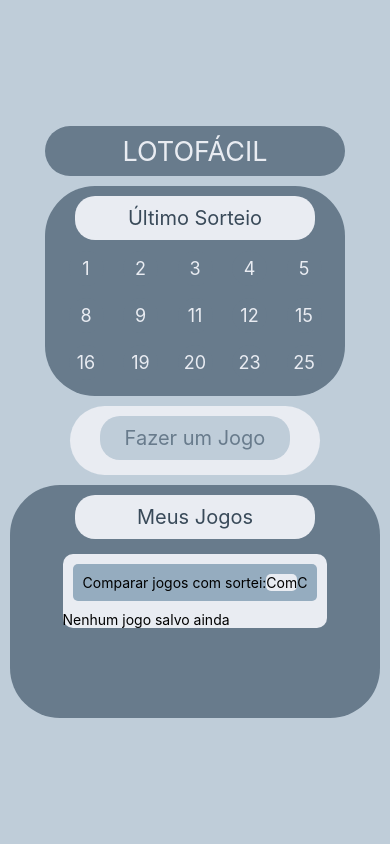
Repository: Deyvid-Kasteh/LotofacilApp
Screen: /
An editor plug-in stored every save of this project. The screen is shown before and after the next save, followed by the edit.
The app was drawn by React Native's web renderer in a window 390 px wide. The project was rebuilt for these pictures with package versions that can differ from the ones it lists, and the page was loaded fresh each time. Also part of the build but not shown: Bolhas.js, components/Resultado.js, paginaTESTE.js, paginaTESTE2.js, SeuComponentePai.js, components/Jogo.js, components/ResultadoTexte2.js.

Above is the screen before, as saved 2023-12-03 01:40:42.

### App.js
import { StatusBar } from 'expo-status-bar';
import { Text, View } from 'react-native';
import MainPage from './pages/MainPage';

export default function App() {
  return (
    <MainPage/>
  );
}

### pages/MainPage.js
import { View, Text } from 'react-native'
import React from 'react'
import { StatusBar } from "expo-status-bar";
import Resultado from '../components/Resultado';
import PaginaTesteee from '../paginaTESTE';
import Teste2pagina from '../paginaTESTE2';
import SeuComponentePai from '../SeuComponentePai';
import ResultadoTexte from '../components/ResultadoTexte';
import ResultadoTexte2 from '../components/ResultadoTexte2';
import MostrarJogosSalvos from '../components/MostrarJogosSalvos';
import ResultadoTexteParaFazerCorreções from '../paginaTESTE';
import PickerTeste from '../paginaTESTE';






const MainPage = () => {
  return (
    <View
      style={{
        flex: 1,
        alignItems: "center",
        justifyContent: "flex-start",
        backgroundColor: "#BFCDD9",
      }}
    >
      <StatusBar style="auto" />
      {/* <Text>Lotofácil</Text> */}
      {/* <Resultado /> */}
      {/* <PaginaTesteee /> */}
      {/* <Teste2pagina/> */}
      {/* <SeuComponentePai/> */}
      <ResultadoTexte />
      {/* <PickerTeste /> */}
      {/* <ResultadoTexte2/> */}
      {/* <MostrarJogosSalvos /> */}
    </View>
  );
}

export default MainPage

### components/ResultadoTexte.js
import { View, Text, TouchableOpacity } from "react-native";
import React, { useState } from "react";
import AsyncStorage from "@react-native-async-storage/async-storage";

import Bubble from "./Bubble";
import latestJson from "../Latest.json";
import Bolhas from "../Bolhas";
import Jogo from "./Jogo";
import MostrarJogosSalvos from "./MostrarJogosSalvos";

// Defina constantes para cores
const backgroundColor1 = "#687B8C";
const backgroundColor2 = "#394A59";
const backgroundColor3 = "#E9ECF2";

const bolhasContainerStyle = {
  flexWrap: "wrap",
  flexDirection: "row",
  alignContent: "center",
  justifyContent: "space-evenly",
};
const ResultadoTexte = () => {
  const [viewHeight, setViewHeight] = useState(50);
  const toggleHeight = () => {
    const newHeight = viewHeight === 50 ? 200 : 50;
    setViewHeight(newHeight);
    console.log("mudou");
  };

  const [alturaView1, setAlturaView1] = useState(200);
  const toggleAltura = () => {
    const novaAltura = alturaView1 === 200 ? 50 : 200;
    setAlturaView1(novaAltura);
  };

  const [alturaView3, setAlturaView3] = useState(200);
  const toggleAlturaView3 = () => {
    const novaAlturaView3 = alturaView3 === 200 ? 50 : 200;
    setAlturaView3(novaAlturaView3);
  };

  const dezenas = latestJson.Dezenas;

  const renderFazerJogo = () => {
    const [chosenNumbers, setChosenNumbers] = useState([]);
    const bolhasSelecionadas = chosenNumbers.length;
    const onSaveJogoPress = async () => {
      if (bolhasSelecionadas === 15) {
        try {
          // Recupera os jogos já salvos (se existirem)
          const jogosSalvosJSON = await AsyncStorage.getItem("meusJogos");
          const jogosSalvos = jogosSalvosJSON
            ? JSON.parse(jogosSalvosJSON)
            : [];

          // Cria um objeto representando o jogo atual
          const jogoAtual = {
            numerosSelecionados: chosenNumbers,
            data: new Date().toLocaleString(),
          };

          // Adiciona o jogo atual à lista de jogos
          jogosSalvos.push(jogoAtual);

          // Salva a lista atualizada de jogos no AsyncStorage
          await AsyncStorage.setItem("meusJogos", JSON.stringify(jogosSalvos));

          console.log("Jogo salvo!");
          // Limpa os números escolhidos após salvar o jogo
          setChosenNumbers([]);
        } catch (error) {
          console.error("Erro ao salvar o jogo:", error);
        }
      } else {
        console.log("Selecione exatamente 15 números para salvar o jogo.");
      }
    };
    const handleBolhaPress = (numero) => {
      if (chosenNumbers.includes(numero)) {
        setChosenNumbers(chosenNumbers.filter((num) => num !== numero));
      } else {
        if (bolhasSelecionadas < 15) {
          setChosenNumbers([...chosenNumbers, numero]);
        }
      }
    };
    const dezenasParaEscolher = Array.from({ length: 25 }, (_, i) => i + 1);

    if (viewHeight === 50) {
      return null;
    } else {
      return (
        <View style={{ justifyContent: "center", alignItems: "center" }}>
          <View style={{}}>
            <Text
              style={{
                color: backgroundColor3,
                fontSize: 16,
              }}
            >
              Escolha 15 números
            </Text>
          </View>
          <View style={bolhasContainerStyle}>
            {dezenasParaEscolher.map((numero, index) => (
              <Bolhas
                key={index}
                numero={numero}
                choose={chosenNumbers.includes(numero)}
                onPress={() => handleBolhaPress(numero)}
              />
            ))}
          </View>
          <View key="números" style={{}}>
            <Text
              style={{
                color: backgroundColor3,
                fontSize: 16,
              }}
            >
              {bolhasSelecionadas} números selecionados
            </Text>
            <TouchableOpacity onPress={onSaveJogoPress}>
              <Text
                style={{
                  color: bolhasSelecionadas === 15 ? "green" : backgroundColor3,
                }}
              >
                SALVAR JOGO
              </Text>
            </TouchableOpacity>
            {/* <TouchableOpacity onPress={onDeleteJogosPress}>
              <Text style={{ color: "red" }}>DELETAR JOGOS</Text>
            </TouchableOpacity> */}
          </View>
        </View>
      );
    }
  };

  const renderConferirJogos = () => {
    if (alturaView3 === 50) {
      return null; // Retorna null se a altura for 50
    } else {
      return (
        <View style={bolhasContainerStyle}>
          <MostrarJogosSalvos />
        </View>
      );
    }
  };

  return (
    <View
      style={{
        flex: 1,
        justifyContent: "center",
        alignItems: "center",
      }}
    >
      <View
        style={{
          width: 300,
          height: 50,
          borderRadius: 50,
          alignItems: "center",
          justifyContent: "center",
          elevation: 2,
          backgroundColor: backgroundColor1,
          marginBottom: 10,
        }}
      >
        <Text
          style={{
            color: backgroundColor3,
            fontSize: 27,
          }}
        >
          LOTOFÁCIL
        </Text>
      </View>

      <View
        key="1"
        style={[
          {
            width: 300,
            padding: 10,
            borderRadius: 50,
            alignItems: "center",
            elevation: 2,
            backgroundColor: backgroundColor1,
            marginBottom: 10,
          },
          alturaView1 === 50
            ? { width: 250, backgroundColor: "#E9ECF2" }
            : { width: 300, backgroundColor: "#687B8C" },
        ]}
      >
        <TouchableOpacity
          style={[
            {
              width: 240,
              backgroundColor: backgroundColor3,
              elevation: 5,
              justifyContent: "center",
              alignItems: "center",
              padding: 10,
              borderRadius: 20,
              marginBottom: 5,
            },
            alturaView1 === 50
              ? { width: 190, backgroundColor: "#BFCDD9" }
              : { width: 240, backgroundColor: "#E9ECF2" },
          ]}
          onPress={() => toggleAltura()}
        >
          <Text
            style={{
              fontSize: 20,
              color: alturaView1 === 50 ? backgroundColor1 : backgroundColor2,
            }}
          >
            Último Sorteio
          </Text>
        </TouchableOpacity>

        {alturaView1 === 200 && (
          <View style={bolhasContainerStyle}>
            {dezenas.map((numero, index) => (
              <Bubble key={index} numero={numero} />
            ))}
          </View>
        )}
      </View>

      <View
        key="2"
        style={[
          {
            width: 300,
            padding: 10,
            borderRadius: 50,
            alignItems: "center",
            elevation: 2,
            marginBottom: 10,
          },
          viewHeight === 50
            ? { width: 250, backgroundColor: "#E9ECF2" }
            : { width: 300, backgroundColor: "#687B8C" },
        ]}
      >
        <TouchableOpacity
          style={[
            {
              width: 240,
              elevation: 5,
              justifyContent: "center",
              alignItems: "center",
              padding: 10,
              borderRadius: 20,
              marginBottom: 5,
            },
            viewHeight === 50
              ? { width: 190, backgroundColor: "#BFCDD9" }
              : { width: 240, backgroundColor: "#E9ECF2" },
          ]}
          onPress={() => toggleHeight()}
        >
          <Text
            style={{
              fontSize: 20,
              color: viewHeight === 50 ? backgroundColor1 : backgroundColor2,
            }}
          >
            Fazer um Jogo
          </Text>
        </TouchableOpacity>
        {renderFazerJogo()}
      </View>
      <View
        key="3"
        style={[
          {
            width: 300,
            padding: 10,
            borderRadius: 50,
            alignItems: "center",
            elevation: 2,
          },
          alturaView3 === 50
            ? { width: 250, backgroundColor: "#E9ECF2" }
            : { width: 370, backgroundColor: "#687B8C" },
        ]}
      >
        <TouchableOpacity
          style={[
            {
              width: 240,
              elevation: 5,
              justifyContent: "center",
              alignItems: "center",
              padding: 10,
              borderRadius: 20,
              marginBottom: 5,
            },
            alturaView3 === 50
              ? { width: 190, backgroundColor: "#BFCDD9" }
              : { width: 240, backgroundColor: "#E9ECF2" },
          ]}
          onPress={() => toggleAlturaView3()}
        >
          <Text
            style={{
              fontSize: 20,
              color: alturaView3 === 50 ? backgroundColor1 : backgroundColor2,
            }}
          >
            Meus Jogos
          </Text>
        </TouchableOpacity>
        {renderConferirJogos()}
        {/* <MostrarJogosSalvos/> */}
      </View>
    </View>
  );
};

export default ResultadoTexte;

### components/MostrarJogosSalvos.js
import React, { useState, useEffect } from "react";
import { View, Text, TouchableOpacity } from "react-native";
import AsyncStorage from "@react-native-async-storage/async-storage";
import Jogo from "./Jogo";
import * as Cores from "../assets/Cores";


const MostrarJogosSalvos = () => {
  const [jogosSalvos, setJogosSalvos] = useState([]);

  // Adicione a função saveJogos
  const saveJogos = async (jogos) => {
    try {
      await AsyncStorage.setItem("meusJogos", JSON.stringify(jogos));
    } catch (error) {
      console.error("Erro ao salvar jogos:", error);
    }
  };

  const handleDelete = async (index) => {
    try {
      const jogosAtualizados = [...jogosSalvos];
      jogosAtualizados.splice(index, 1);

      await saveJogos(jogosAtualizados);

      setJogosSalvos(jogosAtualizados);
    } catch (error) {
      console.error("Erro ao deletar jogo:", error);
    }
  };

  useEffect(() => {
    const carregarJogosSalvos = async () => {
      try {
        const jogosSalvosJSON = await AsyncStorage.getItem("meusJogos");
        const jogosSalvos = jogosSalvosJSON ? JSON.parse(jogosSalvosJSON) : [];
        setJogosSalvos(jogosSalvos);
      } catch (error) {
        console.error("Erro ao carregar jogos salvos:", error);
      }
    };

    carregarJogosSalvos();
  }, []);

  return (
    <View
      style={{
        borderRadius: 10,
        backgroundColor: Cores.cor1,
        marginTop: 10,
        marginBottom: 80,
      }}
    >
      <View
        style={{
          margin: 10,
          padding: 10,
          backgroundColor: Cores.cor3,
          borderRadius: 5,
          flexDirection: "row",
        }}
      >
        <View>
          <Text>Comparar jogos com sortei:</Text>
        </View>
        <View
          style={{
            borderRadius: 5,
            backgroundColor: Cores.cor1,

          }}
        >
          <Text>Com</Text>
        </View>
        <View>
          <Text>C</Text>
        </View>
      </View>
      {jogosSalvos.length === 0 ? (
        <Text>Nenhum jogo salvo ainda</Text>
      ) : (
        jogosSalvos.map((jogo, index) => (
          <Jogo
            key={index}
            numerosSelecionados={jogo.numerosSelecionados}
            onDelete={() => handleDelete(index)}
          />
        ))
      )}
    </View>
  );
};

export default MostrarJogosSalvos;

### components/Bubble.js
import { View, Text } from "react-native";
import React from "react";

const Bubble = (props) => {
  if (props.choose) {console.log(props.choose)}
  return (
    <View
      style={[
        {
          width: 35,
          height: 35,
          // backgroundColor: "#394A59",
          // backgroundColor: "#687B8C",

          borderRadius: 50,
          alignContent: "center",
          justifyContent: "center",
          alignItems: "center",
          margin: 6,
          // elevation: 5,
          opacity: 1,
        },
        props.choose
          ? { backgroundColor: "#394A59" }
          : { backgroundColor: "#687B8C" },
      ]}
    >
      <Text
        style={{
          color: "#E9ECF2",
          fontSize: 18,
        }}
      >
        {props.numero}
      </Text>
    </View>
  );
};

export default Bubble;

### Latest.json
{
  "concurso": 2960,
  "Data Sorteio": "22/11/2023",
  "Dezenas": [
    1,
    2,
    3,
    4,
    5,
    8,
    9,
    11,
    12,
    15,
    16,
    19,
    20,
    23,
    25
  ],
  "Ganhadores 15 acertos": 3,
  "Cidade / UF": "BRASILIA/DF; JARAGUA/GO; IPATINGA/MG",
  "Premio 15 Acertos": "R$1.639.439,24",
  "Ganhadores 14 Acertos": 433,
  "Premio 14 Acertos": "R$1.732,84",
  "Ganhadores 13 Acertos": 13831,
  "Premio 13 Acertos": "R$30,00",
  "Ganhadores 12 Acertos": 163567,
  "Premio 12 Acertos": "R$12,00",
  "Ganhadores 11 Acertos": 882304,
  "Premio 11 Acertos": "R$6,00"
}

### assets/Cores.js
export const cor1 = "#E9ECF2"; // Cor mais clara
export const cor2 = "#BFCDD9";
export const cor3 = "#95ACBF";
export const cor4 = "#687B8C";
export const cor5 = "#394A59"; // Cor mais escura

After the next save:
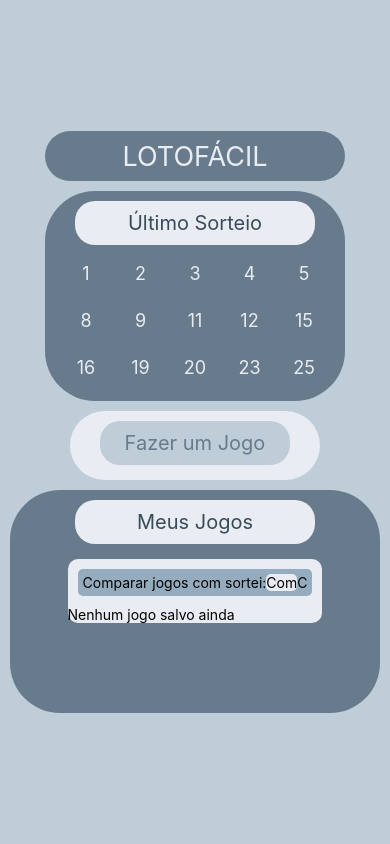
Saved 8 s later.
--- a/components/MostrarJogosSalvos.js
+++ b/components/MostrarJogosSalvos.js
@@ -56,7 +56,7 @@
       <View
         style={{
           margin: 10,
-          padding: 10,
+          padding: 5,
           backgroundColor: Cores.cor3,
           borderRadius: 5,
           flexDirection: "row",
